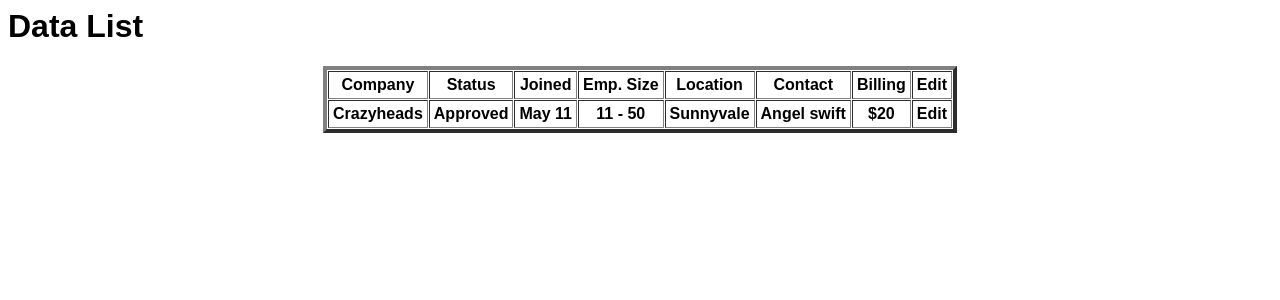
Repository: AdityaTech-Pro/FullStackWithBridgelabz
Page: Assignment2/Data_List/index.html
The author's editor kept a copy of each file at every save. The page is drawn from the files as they stood at one save, then again after a run of saves.
The browser window is 1280 px wide. The pictures show the whole page.

Above is the page before, as saved 2025-10-15 09:27:43.

After the next 5 saves:
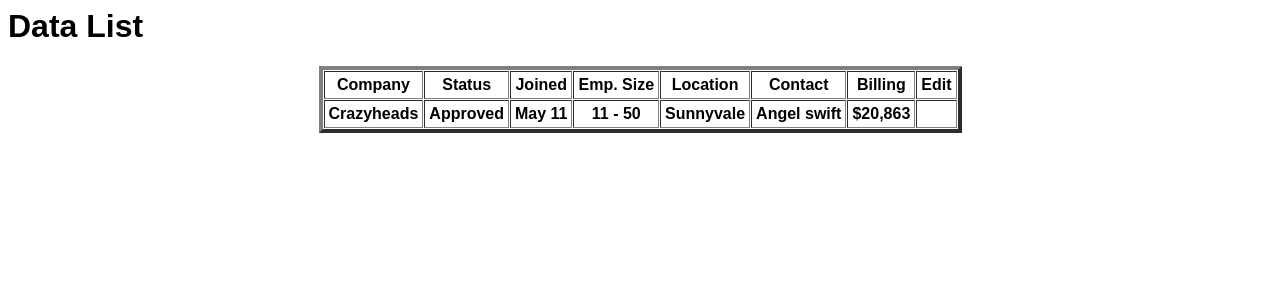
The 5 saves are shown as one change because they came seconds apart.
The last was saved 15 s later.
--- a/Assignment2/Data_List/index.html
+++ b/Assignment2/Data_List/index.html
@@ -37,8 +37,8 @@
             <th>11 - 50</th>
             <th>Sunnyvale</th>
             <th>Angel swift</th>
-            <th>$20</th>
-            <th>Edit</th>
+            <th>$20,863</th>
+            <th></th>
         </tr>
 
 </body>
